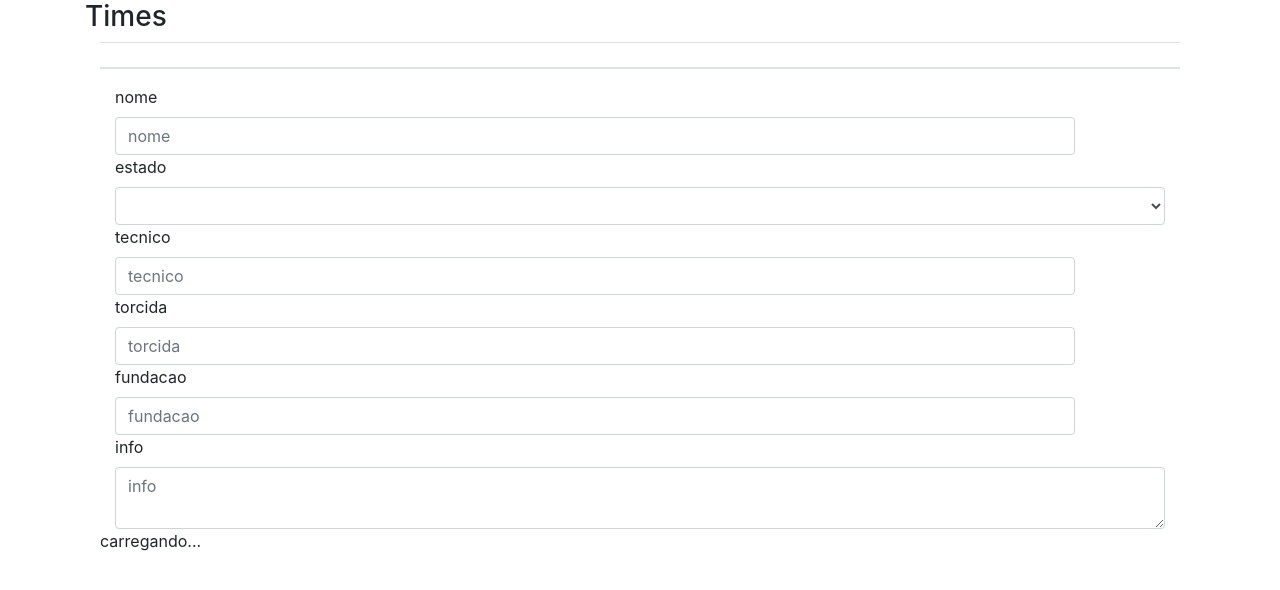
Repository: ecrseer/vuesheetpost
Page: /
An editor plug-in stored every save of this project. The page is shown before and after the next save, followed by the edit.
The browser window is 1280 px wide. The pictures show the whole page.
The page's requests for data from a server got no answer. The project was rebuilt for these pictures with package versions that can differ from the ones it lists, and the page was loaded fresh each time. No one was signed in, and anything a server would have sent is missing. Also part of the build but not shown: vite.config.js, vue.config.js.

Above is the page before, as saved 2021-08-23 16:30:05.

After the next save:
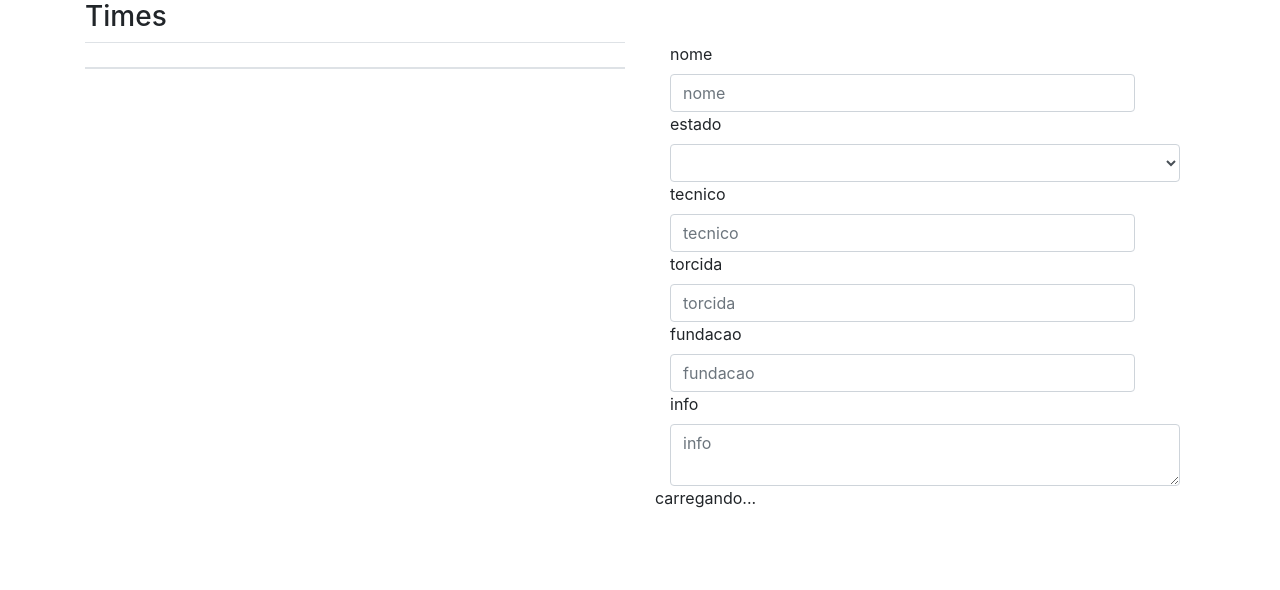
Saved 9 s later.
--- a/src/App.vue
+++ b/src/App.vue
@@ -1,7 +1,7 @@
 <template>
   <main class="container">
     <h3>Times</h3>
-    <section>
+    <section class="row">
       <div class="col-sm">
     <!-- <table>
       <thead>
